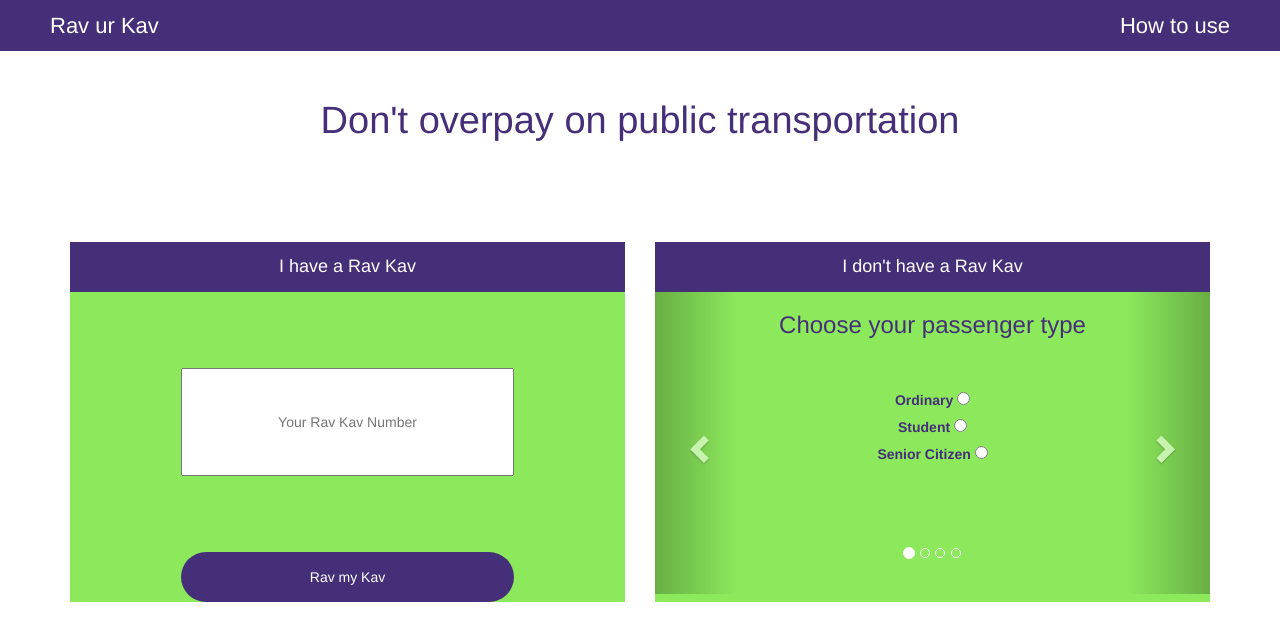
Repository: Louhla/Rav-ur-Kav
Page: index.html
An editor plug-in stored every save of this project. The page is shown before and after a run of saves, followed by the edit.
The browser window is 1280 px wide. The pictures show the whole page.

Above is the page before, as saved 2019-07-17 22:21:34.

After the next 2 saves:
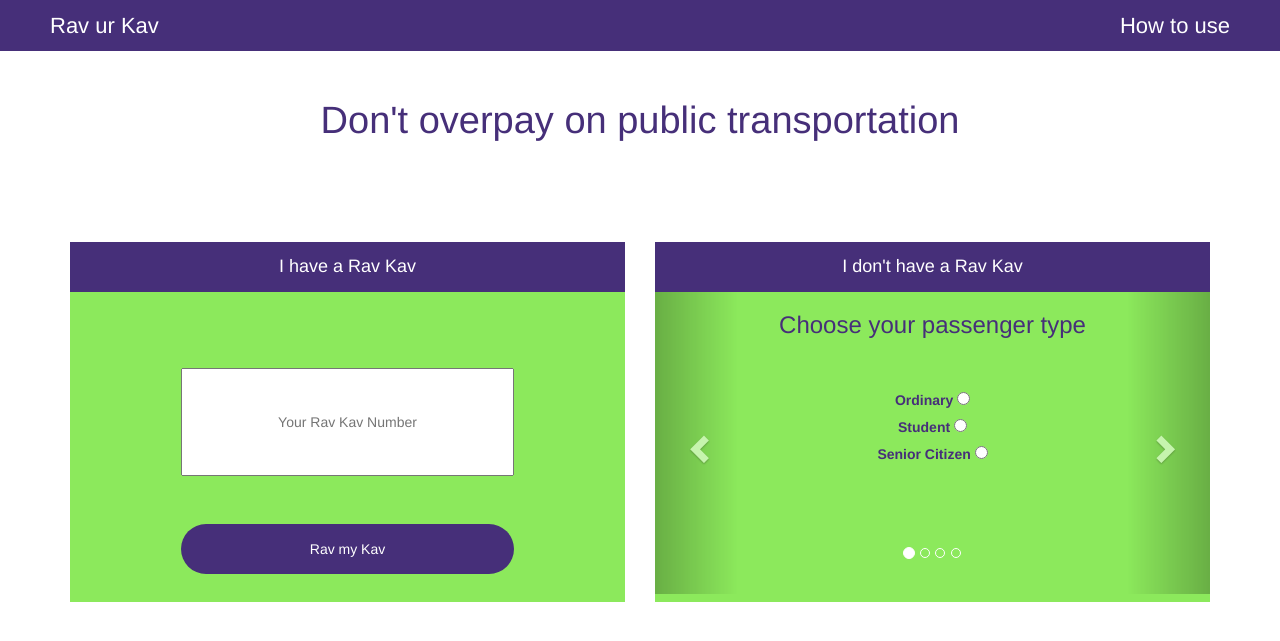
The 2 saves are shown as one change because they came seconds apart.
The last was saved 10 s later.
--- a/css/rav-ur-kav.css
+++ b/css/rav-ur-kav.css
@@ -121,7 +121,10 @@ h1{
     -ms-transition: width 0.5s ease-in-out;
     transition: width 0.5s ease-in-out;
 }
-
+#rav-kav-number-button{
+    position: relative;
+    top: -28px;
+}
 .submit-new-customer{
     height: 200px;
 }
